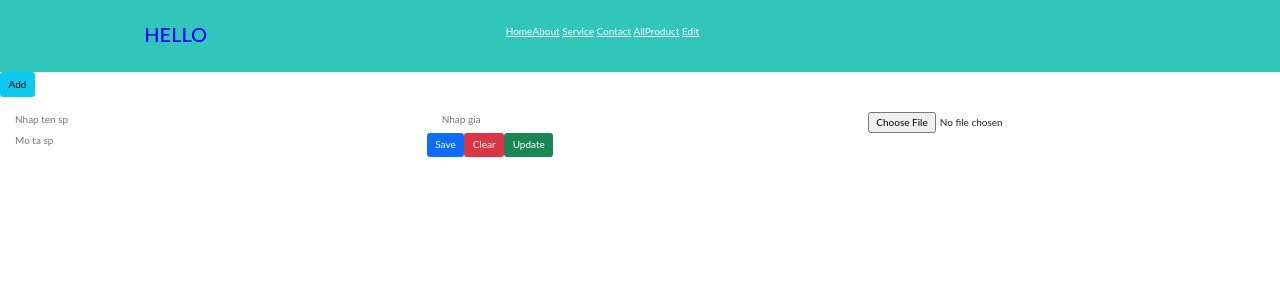
Repository: Hothidani/React
Page: /AllProduct (app in exa/my-react-router-A/)
These files come from the project's save history. The page is drawn as it stood at one moment and after the next save; the edit follows.
The browser window is 1280 px wide. The pictures show the whole page.
The page's requests for data from a server got no answer. The project was rebuilt for these pictures with package versions that can differ from the ones it lists, and the page was loaded fresh each time. No one was signed in, and anything a server would have sent is missing. Also part of the build but not shown: exa/my-react-router-A/src/component/Navigation.js, exa/my-react-router-A/src/component/Home.js, exa/my-react-router-A/src/component/About.js, exa/my-react-router-A/src/component/Service.js, exa/my-react-router-A/src/component/Contact.js, exa/my-react-router-A/src/component/Edit.js, exa/my-react-router-A/src/component/Add.js.

Above is the page before, as saved 2021-05-10 22:55:13.

### exa/my-react-router-A/public/index.html
<!DOCTYPE html>
<html lang="en">
  <head>
    <meta charset="utf-8" />
    <link rel="icon" href="%PUBLIC_URL%/favicon.ico" />
    <meta name="viewport" content="width=device-width, initial-scale=1" />
    <meta name="theme-color" content="#000000" />

    <meta
      name="description"
      content="Web site created using create-react-app"
    />
    <link rel="apple-touch-icon" href="%PUBLIC_URL%/logo192.png" />
    <!--
      manifest.json provides metadata used when your web app is installed on a
      user's mobile device or desktop. See https://developers.google.com/web/fundamentals/web-app-manifest/
    -->
    <link rel="manifest" href="%PUBLIC_URL%/manifest.json" />
    <link href="%PUBLIC_URL%/../../src/index.css">
    <link rel="stylesheet" href="https://maxcdn.bootstrapcdn.com/bootstrap/3.4.1/css/bootstrap.min.css">
    <script src="https://ajax.googleapis.com/ajax/libs/jquery/3.5.1/jquery.min.js"></script>
    <script src="https://maxcdn.bootstrapcdn.com/bootstrap/3.4.1/js/bootstrap.min.js"></script>
    <!--
      Notice the use of %PUBLIC_URL% in the tags above.
      It will be replaced with the URL of the `public` folder during the build.
      Only files inside the `public` folder can be referenced from the HTML.

      Unlike "/favicon.ico" or "favicon.ico", "%PUBLIC_URL%/favicon.ico" will
      work correctly both with client-side routing and a non-root public URL.
      Learn how to configure a non-root public URL by running `npm run build`.
    -->
    <title>React App</title>
  </head>
  <body>
    <noscript>You need to enable JavaScript to run this app.</noscript>
    <div id="root"></div>
    <!--
      This HTML file is a template.
      If you open it directly in the browser, you will see an empty page.

      You can add webfonts, meta tags, or analytics to this file.
      The build step will place the bundled scripts into the <body> tag.

      To begin the development, run `npm start` or `yarn start`.
      To create a production bundle, use `npm run build` or `yarn build`.
    -->
  </body>
</html>

### exa/my-react-router-A/src/index.js
import React from 'react';
import ReactDOM from 'react-dom';
import App from "./App";
// import AddForm from './App';
import reportWebVitals from './reportWebVitals';

ReactDOM.render(
  <React.StrictMode>
    <App></App>
  </React.StrictMode>,
  document.getElementById('root')
);

// If you want to start measuring performance in your app, pass a function
// to log results (for example: reportWebVitals(console.log))
// or send to an analytics endpoint. Learn more: https://bit.ly/CRA-vitals
reportWebVitals();

### exa/my-react-router-A/src/App.js
import React, { Component } from 'react';
import './App.css';
import './css.css';

import { BrowserRouter as Router, Route, NavLink, Link, Switch } from 'react-router-dom';
import Routers from './component/Routes';


const colorWord = { color: 'White' }
class App extends Component {
  render() {
    return (
      <Router>

        <nav>
          <h2>HELLO</h2>
          <ul className="nav-link">
            <li className="d-inline"><Link to="/" style={colorWord}>Home</Link></li>
            <li className="d-inline"><Link to="/About" style={colorWord} >About</Link></li>
            <li className="d-inline"> <Link to="/Service" style={colorWord}>Service</Link></li>
            <li className="d-inline"> <Link to="/Contact" style={colorWord}>Contact</Link></li>
            <li className="d-inline"> <Link to="/AllProduct" style={colorWord}>AllProduct</Link></li>
            <li className="d-inline"> <Link to="/Edit" style={colorWord}>Edit</Link></li>
          </ul>
        </nav>
        <Switch>
          {this.showContentMenu(Routers)}
        </Switch>

      </Router>
    );

  }
  showContentMenu = (Routers) => {
    var result = null;
    if (Routers.length > 0) {
      result = Routers.map((route, index) => {
        return (

          <Route key={index} path={route.path} exact={route.exact} component={route.main} />
        );
      });
    }
    return result;
  }

}

export default App;

### exa/my-react-router-A/src/App.css
.App {
  text-align: center;
}

nav{
  display: flex;
  justify-content: space-around;
  align-items: center;
  min-height: 10vh;
  background: rgb(48, 199, 186);
  color:blue;
}

.nav-link{
  width: 50%;
  display: flex;
  align-items: center;
  justify-content: space-around;
  list-style: none;
  color: black;
}



/* .row{
  display: flex;
  align-items: center;
} */

### exa/my-react-router-A/src/css.css
* {
    padding: 0;
    margin: 0;
    border: none;
    font-family: 'Lato', sans-serif;
    box-sizing: border-box;
}

html {
    background-color: white;
    text-rendering: optimizeLegibility;
}

.clearfix::after {
    content: "";
    display: table;
    clear: both;
}

.form-control {
    border-radius: 40px;
    border-top-left-radius: 40px;
    border-top-right-radius: 40px;
    border-bottom-right-radius: 40px;
    border-bottom-left-radius: 40px;
}

.content-input {
    width: 500px;
    /* background: #00FFFF; */
}

.content-input-flex {
    display: flex;
    justify-content: space-between;
}

.content-input-footer {
    font-size: 18px;
    display: flex;
    justify-content: center;
}

.footer-logo {
    display: flex;
    justify-content: center;
}

input[class=form-control] {
    background: transparent;
    -webkit-border-radius: 20px;
    -moz-border-radius: 20px;
    border-radius: 20px;
    border: 1px solid none;
    color: #BB0000;
    width: 100%;
    padding-left: 10px;
}

input[class=form-control]:focus {
    outline: none;
    background: #99FFFF;
    border: 1px solid #2da8d9;
    color: #f33838;
}

input[class=form-control]:hover {
    background: #CCFFFF;
    border: 1px solid #2da8d9;
}

.content-input-wrap {
    border-radius: 10px;
    border: rgb(120, 199, 223);
    background-color: rgba(156, 212, 210, 0.4);
    position: relative;
    color: rgba(255, 255, 255, 0.2);
    /* box-shadow: 0px 20px 20px rgb(0 0 0 / 10%), 0px 30px 26px rgb(0 0 0 / 10%); */
}

.content-input-wrap h3 {
    font-weight: 300;
    color: #2da8d9;
}

.content-input-wrap .social {
    width: 100%;
}

.content-input-wrap .social a {
    width: 100%;
    display: block;
    border: 1px solid #00FFFF;
    color: rgba(243, 75, 9, 0.2);
    background: #99CCFF;
}

.content-input-wrap .social a:hover {
    background: rgba(214, 106, 5, 0.2);
    color: rgba(255, 255, 255, 0.2);
    border-color: #00FFFF;
}

.buttonn{
    display: flex;
    justify-content: space-around;
    align-items: center;
    min-width: 5%;

}

### exa/my-react-router-A/src/component/Routes.js
import React from 'react';
import {BrowserRouter as Router, Route} from 'react-router-dom';
import Navigation from './Navigation';
import Home from './Home'
import About from './About';
import Service from './Service';
import Contact from './Contact';
import AllProduct from './AllProduct';
import Edit from './Edit';
import Add from './Add';

const Routers = [
	{
		path : '/',
		exact : true,
		main : ()=> <Home />
	},
	{
		path : '/About',
		exact : true,
		main : ({match})=> <About match={match} />
	},
    {
		path : '/Contact',
		exact : true,
		main : ({match})=> <Contact match={match} />
	}
		,
		  {
			path : '/Service',
			exact : true,
			main : ({match})=> <Service match={match} />
		},
		{
		  path : '/AllProduct',
		  exact : true,
		  main : ({match})=> <AllProduct match={match} />
	  }
	  ,
	  {
		path : '/Add',
		exact : true,
		main : ({match})=> <Add match={match} />
	}
	,
	{
	  path : '/Edit',
	  exact : true,
	  main : ({match})=> <Edit match={match} />
  }


]

export default Routers

### exa/my-react-router-A/src/component/AllProduct.js
// import React, { Component } from 'react';
// import axios from 'axios';
// import Add from './Add';
// import 'bootstrap/dist/css/bootstrap.min.css';


// import { NavLink } from 'react-router-dom';
// class AllProduct extends Component {
//     constructor(props) {
//         super(props);
//         this.state = {
//             product: []
//         }

//     }
//     componentDidMount() {
//         axios({
//             method: 'GET',
//             url: ' https://6093b5e8a7e53a001795161e.mockapi.io/Products',
//             data: null
//         }).then(res => {
//             this.setState({
//                 product: res.data
//             });
//         }).catch(err => {
//         });
//     }




//     // render() {
//     //     return (
//     //       <div className="row">
//     //         {this.state.product.map(element => {
//     //           return (
//     //             <div className="col-3">
//     //               <div className="card" style={{ width: '500', height: '300' }}>

//     //                 <div className="container">
//     //                   <h4><b>{element.id}</b></h4>
//     //                   <b>  {element.product_name}</b>
//     //                   <div class="spacing">
//     //                     <p>Type</p>

//     //                     <img  src={element.product_pic}   width={300} height={200}></img>
//     //                   </div>
//     //                   <div class="spacing">
//     //                     <p>Area</p>
//     //                     <p>{element.price}</p>
//     //                   </div>

//     //                   <div style={{ display: 'flex' }}> <button style={{ width: '300px' }} type="button" class="btn btn-primary" onClick={this.handleBuy}>ADD</button>
//     //                   </div>

//     //                 </div>
//     //               </div>
//     //             </div>
//     //           );
//     //         })}
//     //       </div>
//     //     );
//     //   }
//     // }

//     // componentWillUpdate() {
//     //     if (this.state.sort === true) {
//     //         axios({
//     //             method: 'GET',
//     //             url: 'http://localhost:3000/products?_sort=price&_order=asc&_limit=4',
//     //             data: null
//     //         }).then(res => {
//     //             this.setState({
//     //                 product: res.data
//     //             });
//     //         }).catch(err => {
//     //         });
//     //     } else {
//     //         axios({
//     //             method: 'GET',
//     //             url: 'http://localhost:3000/products?_sort=price&_order=desc&_limit=4',
//     //             data: null
//     //         }).then(res => {
//     //             this.setState({
//     //                 product: res.data
//     //             });
//     //         }).catch(err => {
//     //         });
//     //     }

//     // }

//     Low = () => {
//         this.setState({
//             sort: true
//         });
//     }

//     High = () => {
//         this.setState({
//             sort: false
//         });
//     }

//     onChange = (event) => {
//         var target = event.target;
//         var name = target.name;
//         var value = target.value;
//         this.setState({
//             [name]: value
//         });
//     }

// delete(e) {
// 	e.preventDefault();
//     if(window.confirm('Are you sure?'))
// {
//     fetch('https://6093b5e8a7e53a001795161e.mockapi.io/Products' + e,{
//         method:'DELETE',
//         headers:{'OK':'aplication/json',
//         'Content-Type':'aplication/json'
//     }
//     })
// }
// 	axios.delete('https://6093b5e8a7e53a001795161e.mockapi.io/Products')
// 	.then(res => console.log(res.data));
// }


//     render() {
//         var { product, keyword } = this.state;
//         return (
//             <div>

//                                          <div className="d-inline">
//                                             <NavLink to={`/Add`} >
//                                                 <button className="btn btn-info ">Add <i className="fa fa-chevron-right" /></button>
//                                                 <div className="clearfix" />
//                                             </NavLink>
//                                         </div>
//                 {this.state.product.map((product) => {
//                     return (
//                         <React.Fragment>
//                             <div className="col-sm-3 mt-4 row ">
//                                 <div className="single-item">
//                                     <div className="ribbon-wrapper">
//                                         <div className="ribbon sale">San Pham: {product.id}</div>
//                                         <div className="ribbon sale">Mo Ta: {product.describe}</div>
//                                     </div>
//                                     <div className="single-item-header">
//                                         <a><img src={product.product_pic} alt="" height="300" width="500" /></a>
//                                     </div>
//                                     <div className="single-item-body">
//                                         <p className="single-item-title text-center text-danger t">{product.product_name}</p>
//                                         <p className="single-item-price text-center">
//                                             <span className="mb-3 t">Gia: ${product.price}</span>
//                                         </p>
//                                     </div>
//                                     <div className="single-item-caption mt-1 ml-5">
//                                         <a className="add-to-cart pull-left"><i className="fa fa-shopping-cart" /></a>

//                                         <button type="submit" className="btn btn-primary  " onclick={this.onSubmit}>Update</button>
//                                         <button type="submit" onclick={this.delete} className="btn btn-danger">Delete</button>
//                                         <NavLink to="/AllProduct" className="btn btn-success">View</NavLink>
//                                         {/* <NavLink to="/AllProduct" className="btn btn-success">View</NavLink>
//                                          <div className="d-inline">
//                                             <NavLink to={`/Add`} >
//                                                 <button className="btn btn-info ">Add <i className="fa fa-chevron-right" /></button>
//                                                 <div className="clearfix" />
//                                             </NavLink>
//                                         </div> */}
//                                         {/*
//                                         <div className="d-inline">
//                                             <NavLink to={`/products/${product.id}/productdetail`}  >
//                                                 <button className="btn btn-info ">Details <i className="fa fa-chevron-right" /></button>
//                                                 <div className="clearfix" />
//                                             </NavLink>
//                                         </div> */}
//                                     </div>
//                                 </div>
//                             </div>
//                         </React.Fragment>
//                     );
//                 })}
//             </div>


//         );
//     }
// }



// export default AllProduct;


 import { NavLink } from 'react-router-dom';
 import 'bootstrap/dist/css/bootstrap.min.css';


import React, { Component } from 'react';
import axios from 'axios';
import { toast } from 'react-toastify';
//import { toast } from 'react-toastify';

class AllProduct extends Component {
    constructor(props) {
        super(props)
        this.state = {
            products: [],
            id: '',
            product_name: '',
            price: '',
            describe: '',
            product_pic:''
        }
    }

    onChange = (event) => {
        var target = event.target;
        var nam = target.name;
        var val = target.value;
        this.setState({
            [nam]: val
        });
    }

    onClear = () => {
        this.setState({
            id: '',
            product_name: '',
            price: '',
            describe: '',
            product_pic:''
        });
    }

    onSave = (event) => {
        event.preventDefault();
        const pro = {
        product_name: this.state.product_name,
		product_pic: this.state.product_pic,
        price: this.state.price,
        describe: this.state.describe
        };
        axios({
            method: 'POST',
            url: `https://6093b5e8a7e53a001795161e.mockapi.io/Products`,
            data: pro
        }).then(res => {
           res.data = pro;
           alert("Đã thêm một sản phẩm thành công")
        }).catch(err => {
        });
       /* axios.post(`https://6093b5e8a7e53a001795161e.mockapi.io/Products`, pro)
            .then(res => {
                alert("Đã thêm một sản phẩm thành công")
                console.log(res);
                console.log(res.data);
            })
        this.state.products.push(pro);*/
    }

    componentDidMount() {
        axios({
            method: 'GET',
            url: '  http://localhost:3000/Products',
            data: null
        }).then(res => {
            this.setState({
                products: res.data
            });
        }).catch(err => {
        });
    }




    onDelete = (id) => {
        alert ("Delete");
        this.setState({
          products:this.state.products.filter(item=>item.id!=id)
        })
       axios({
          method: 'DELETE',
          url:`https://6093b5e8a7e53a001795161e.mockapi.io/Products/${id}`,
      }).then (res =>{
          console.log(res);
          console.log(res.data);
      }).catch(err =>{
      })
      }

    render() {
        return (
            <React.Fragment>
                <div>
                <div className="d-inline">
                                           <NavLink to={`/Add`} >
                                                <button className="btn btn-info ">Add <i className="fa fa-chevron-right" /></button>
                                               <div className="clearfix" />
                                           </NavLink >
               </div>
                    <div>
                    <form onSubmit={this.onSave}>
                    <div className="form-group">
                        <h2>{this.state.product_name}</h2>
                        <input name="product_name" type="text" className="col-sm-4" id="tensp" placeholder="Nhap ten sp"  onChange={this.onChange} />
                    </div>
                    <div className="form-group">
                        <input name="price" type="number" className="col-sm-4" id="giasp" placeholder="Nhap gia"  onChange={this.onChange}/>
                    </div>
                    <div className="form-group">
                        <input name="product_pic" ref={(input) =>{this.product_pic= input}} type="file" className="col-sm-4" id="anhsp" placeholder="" onChange={this.onChange} />
                    </div>
                    <div className="form-group">
                        <input name="describe" type="text" className="col-sm-4" id="motasp" placeholder="Mo ta sp" onChange={this.onChange}  />
                    </div>
                    <button type="submit"  className="btn btn-primary  ">Save</button>
                    <button type="button" onclick={this.onClear} className="btn btn-danger">Clear</button>
                    <button type="button" onClick={this.onUpdate}  className="btn btn-success">Update</button>

            </form>

                    </div>
                    {this.state.products.map(element => {
                        return (
                            <div>
                                <p>{element.id}</p>
                                <p>{element.product_name}</p>
                                <p>{element.price}</p>
                                <p>{element.describe}</p>
                                <img src={element.product_pic} alt="" height="300" width="500" />
                                <div>
                                    <button type="button" onClick={this.onEdit}  className="btn btn-success">Edit</button>
                                    <button type="button"  onClick={()=>this.onDelete(element.id)} className="btn btn-danger">Delete</button>
                                </div>
                            </div>
                        );
                    })}
                </div>
            </React.Fragment>
        );
    }
}

class Update extends Component {
    render() {
        return (
            <React.Fragment>
                <div>
                    <form onSubmit={this.onUpdate}>
                        Name:
                        <input type='text' name="name" value={this.state.name} onChange={this.onChange} /><br /><br />
                        Type:
                        <input type='text' name="type" value={this.state.type} onChange={this.onChange} /><br /><br />
                        Quantity:
                        <input type='text' name="quantity" value={this.state.quantity} onChange={this.onChange} /><br /><br />
                        <div>
                            <button type="submit" className="btn bt-primary">Update</button>
                        </div>
                    </form>
                </div>
            </React.Fragment>
        );
    }
}

export default AllProduct;

Loaded but not shown: exa/my-react-router-A/src/reportWebVitals.js (common file)

After the next save:
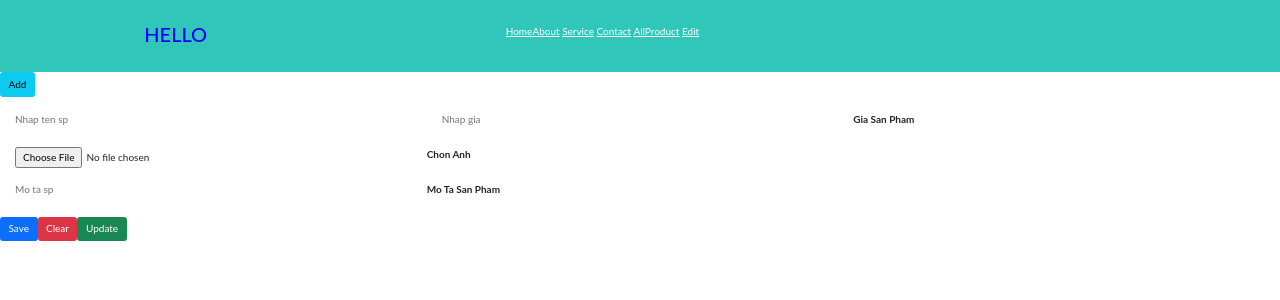
Saved 12 s later.
--- a/exa/my-react-router-A/src/component/AllProduct.js
+++ b/exa/my-react-router-A/src/component/AllProduct.js
@@ -309,12 +309,15 @@ class AllProduct extends Component {
                         <input name="product_name" type="text" className="col-sm-4" id="tensp" placeholder="Nhap ten sp"  onChange={this.onChange} />
                     </div>
                     <div className="form-group">
+                        <label  >Gia San Pham</label>
                         <input name="price" type="number" className="col-sm-4" id="giasp" placeholder="Nhap gia"  onChange={this.onChange}/>
                     </div>
                     <div className="form-group">
+                        <label  >Chon Anh</label>
                         <input name="product_pic" ref={(input) =>{this.product_pic= input}} type="file" className="col-sm-4" id="anhsp" placeholder="" onChange={this.onChange} />
                     </div>
                     <div className="form-group">
+                        <label  >Mo Ta San Pham</label>
                         <input name="describe" type="text" className="col-sm-4" id="motasp" placeholder="Mo ta sp" onChange={this.onChange}  />
                     </div>
                     <button type="submit"  className="btn btn-primary  ">Save</button>
